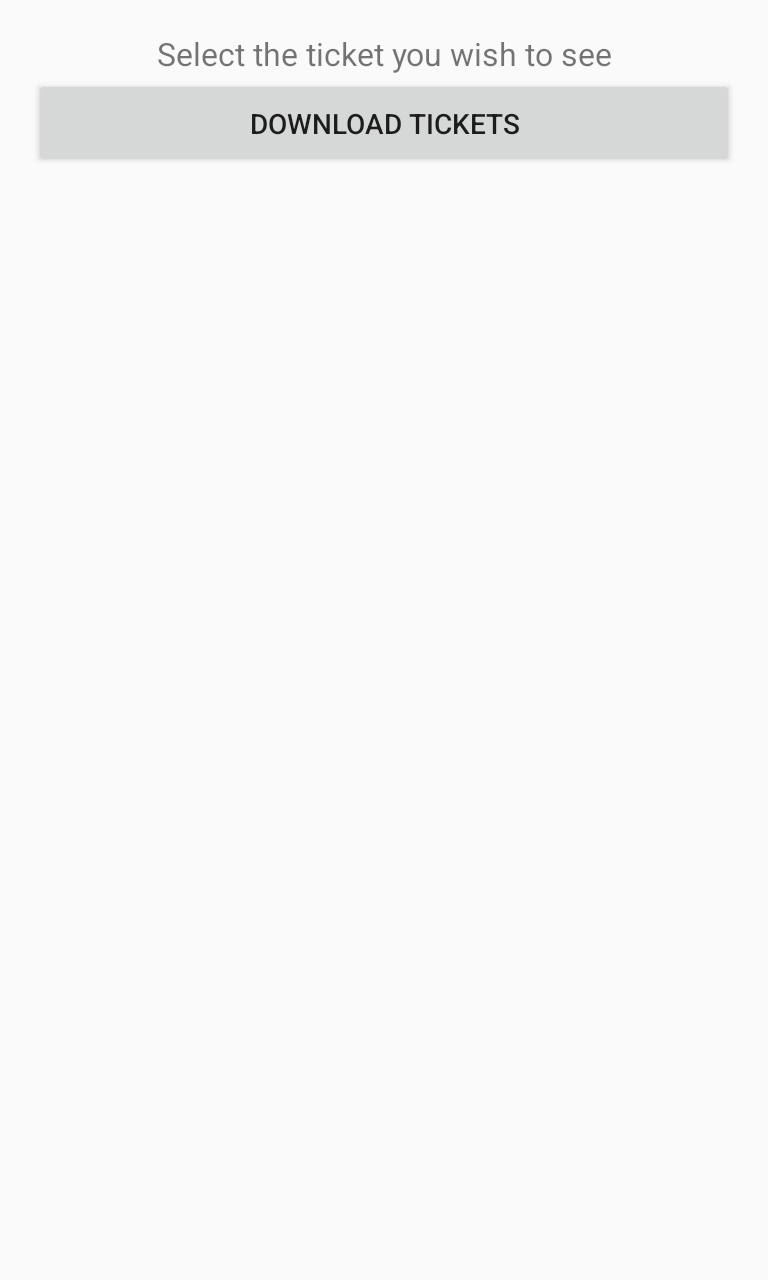
Repository: j-leon/workspace
Layout: ShorexTickets/res/layout/activity_main.xml
These files come from the project's save history. The layout is drawn as it stood at one moment and after the next save; the edit follows.
It is drawn on a 768 x 1280 px phone screen (xhdpi) without system bars, with theme AppTheme; the app's code is not run. Lists and similar views that code fills are empty.

Above is the layout before, as saved 2014-10-06 18:32:22.

### ShorexTickets/res/layout/activity_main.xml
<LinearLayout xmlns:android="http://schemas.android.com/apk/res/android"
    xmlns:tools="http://schemas.android.com/tools"
    android:layout_width="match_parent"
    android:layout_height="match_parent"
    android:paddingBottom="@dimen/activity_vertical_margin"
    android:paddingLeft="@dimen/activity_horizontal_margin"
    android:paddingRight="@dimen/activity_horizontal_margin"
    android:paddingTop="@dimen/activity_vertical_margin"
    tools:context="com.example.shorextickets.MainActivity"
    android:orientation="vertical">

    <TextView
        android:id="@+id/mainText"
        android:layout_width="match_parent"
        android:layout_height="wrap_content"
        android:gravity="center"
        android:text="@string/mainText"
        android:textSize="16sp" />

    <ListView
        android:id="@+id/listView1"
        android:layout_width="match_parent"
        android:layout_height="wrap_content"
         >

    </ListView>

    <Button
        android:id="@+id/downButton"
        android:layout_width="match_parent"
        android:layout_height="wrap_content"
        android:gravity="center"
        android:text="@string/downButton" />

</LinearLayout>

### ShorexTickets/res/values/strings.xml
<resources xmlns:android="http://schemas.android.com/apk/res/android">

    <string name="app_name">Shore Excursioneer Tickets</string>
    <string name="hello_world">Hello world!</string>
    <string name="action_settings">Settings</string>
    <string name="e_mail">E-mail</string>
    <string name="logButton">Search</string>
    <string name="mainText">Select the ticket you wish to see</string>
    <string name="downButton">Download Tickets</string>
    <string name="orderNumber">Order Number</string>
	<string name="textDownload">Download your available tickets</string>
	<string name="buttonMainBack">Back To Main Screen</string>
</resources>

Loaded but not shown: ShorexTickets/res/values/styles.xml (common file); ShorexTickets/res/values-v11/styles.xml (common file); ShorexTickets/res/values-v14/styles.xml (common file); ShorexTickets/res/values/dimens.xml (common file); ShorexTickets/res/values-w820dp/dimens.xml (common file)

After the next save:
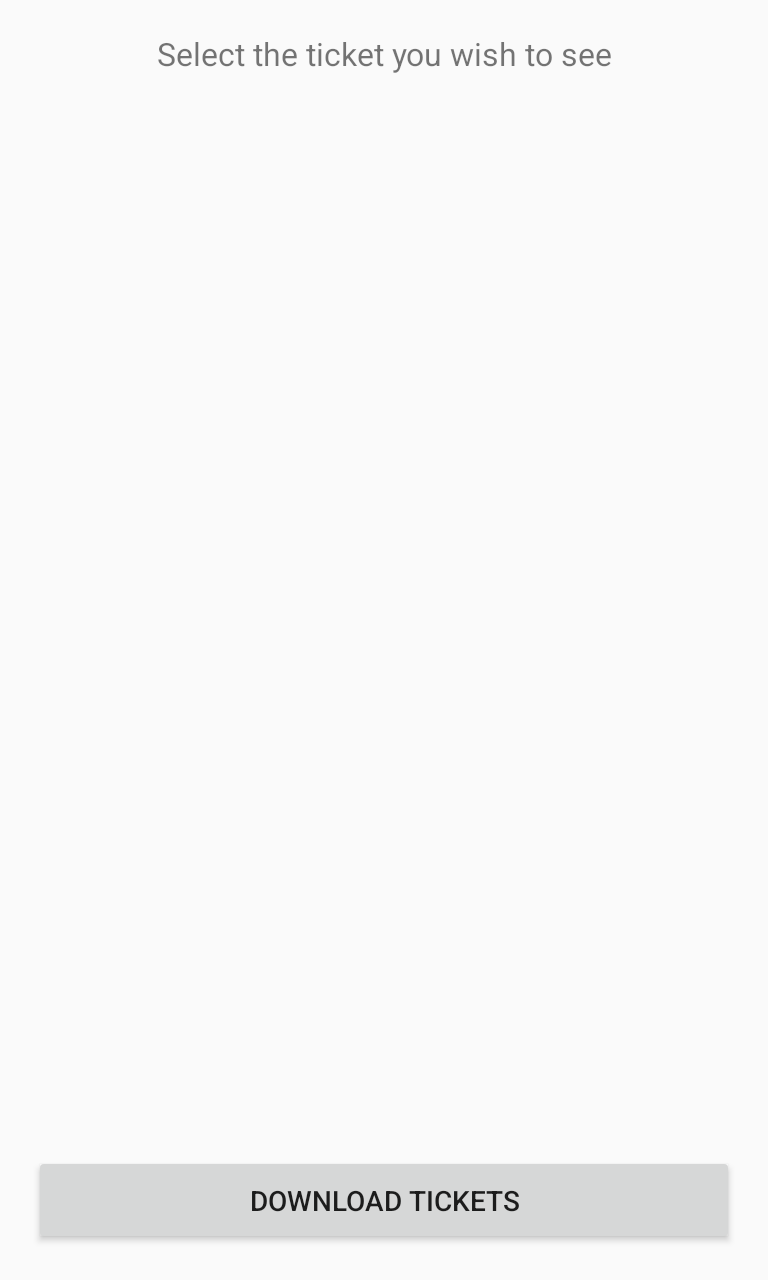
Saved 7 min 40 s later.
--- a/ShorexTickets/res/layout/activity_main.xml
+++ b/ShorexTickets/res/layout/activity_main.xml
@@ -2,12 +2,12 @@
     xmlns:tools="http://schemas.android.com/tools"
     android:layout_width="match_parent"
     android:layout_height="match_parent"
+    android:orientation="vertical"
     android:paddingBottom="@dimen/activity_vertical_margin"
     android:paddingLeft="@dimen/activity_horizontal_margin"
     android:paddingRight="@dimen/activity_horizontal_margin"
     android:paddingTop="@dimen/activity_vertical_margin"
-    tools:context="com.example.shorextickets.MainActivity"
-    android:orientation="vertical">
+    tools:context="com.example.shorextickets.MainActivity" >
 
     <TextView
         android:id="@+id/mainText"
@@ -20,9 +20,8 @@
     <ListView
         android:id="@+id/listView1"
         android:layout_width="match_parent"
-        android:layout_height="wrap_content"
-         >
-
+        android:layout_height="0dp"
+        android:layout_weight="0.26" >
     </ListView>
 
     <Button
